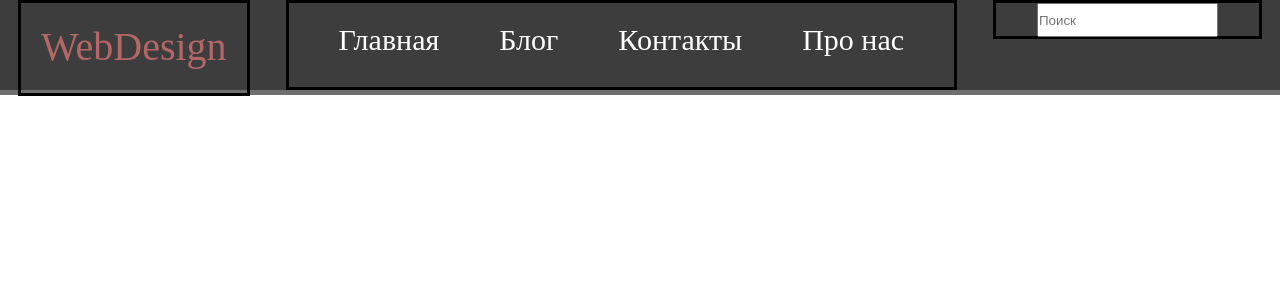
Repository: andbaik/Itprog
Page: index.htm
An editor plug-in stored every save of this project. The page is shown before and after the next save, followed by the edit.
The browser window is 1280 px wide. The pictures show the whole page.

Above is the page before, as saved 2021-01-19 16:50:51.

After the next save:
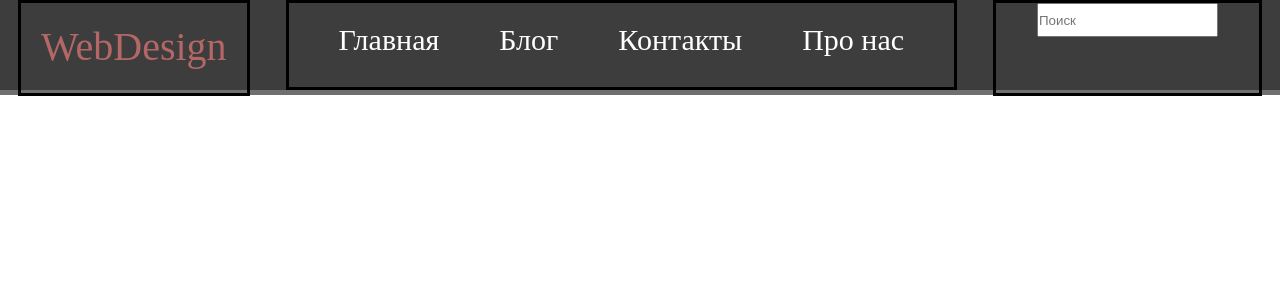
Saved 26 s later.
--- a/css/style.css
+++ b/css/style.css
@@ -55,7 +55,7 @@ a {
 
 .search {
     width: 263px;
-    height: 33px;
+    height: 90px;
     margin: 0 auto;
     border: 3px solid black;
 
